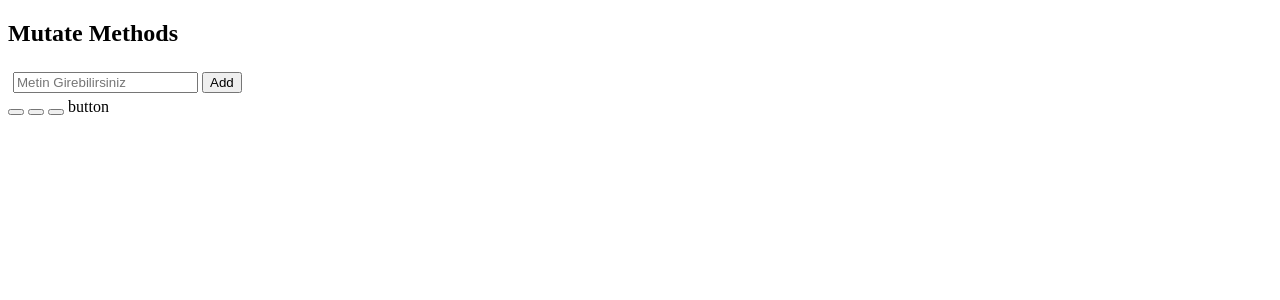
Repository: GorkemTurhan89/jsTutorial
Page: day13/51-b-practice.html
An editor plug-in stored every save of this project. The page is shown before and after the next save, followed by the edit.
The browser window is 1280 px wide. The pictures show the whole page.

Above is the page before, as saved 2024-06-20 22:25:25.

### day13/51-b-practice.html
<!DOCTYPE html>
<html lang="en">
<head>
    <meta charset="UTF-8">
    <meta name="viewport" content="width=device-width, initial-scale=1.0">
    <title>Mutate Practice Array</title>
    <style>
        .searchAndClick{
            padding: 5px;
            text-align: left;
        }
    </style>
</head>
<body>
    <h2>Mutate Methods</h2>

    <div class="searchAndClick">
        <input type="text" class="searchBox" id="searchBx" placeholder="Metin Girebilirsiniz">
        <button class="addBtn" id="addBtn">Add</button>
    </div>

    <div class="fonsiyonlar">
        <button id="Sort"></button>
        <button id="Reverse"></button>
        <button id="RemoveLast"></button>
        button

    </div>

</body>
</html>

After the next save:
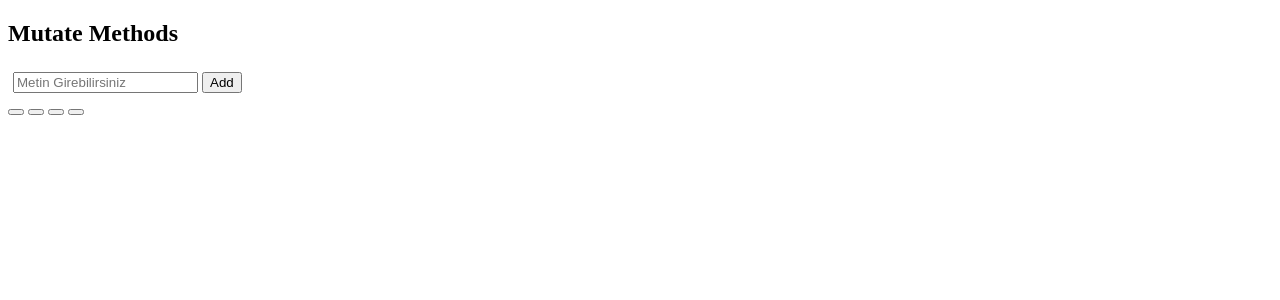
Saved 5 s later.
--- a/day13/51-b-practice.html
+++ b/day13/51-b-practice.html
@@ -23,7 +23,7 @@
         <button id="Sort"></button>
         <button id="Reverse"></button>
         <button id="RemoveLast"></button>
-        button
+        <button id="RemoveFirst"></button>
 
     </div>
 
